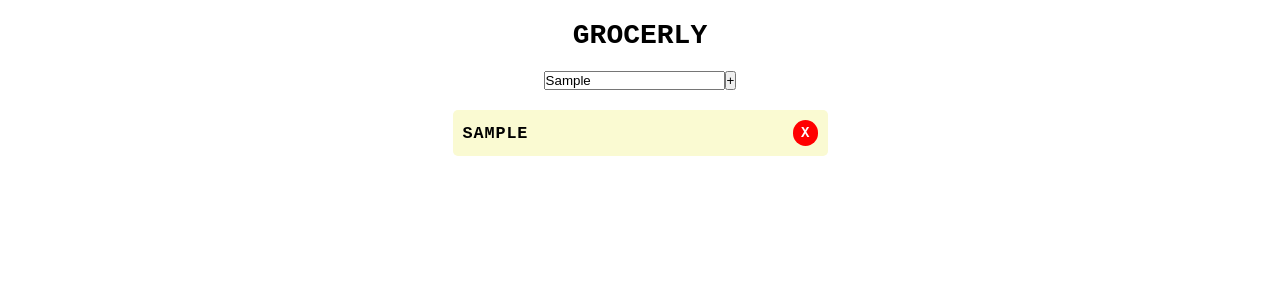
Repository: vikatgen/grocery-list
Page: index.html
An editor plug-in stored every save of this project. The page is shown before and after the next save, followed by the edit.
The browser window is 1280 px wide. The pictures show the whole page.
Empty fields were first filled with sample values (such as "Sample", 5 or name@example.com).
After loading, the first visible `#submit-button` was clicked once.

Above is the page before, as saved 2020-03-25 19:46:54.

After the next save:
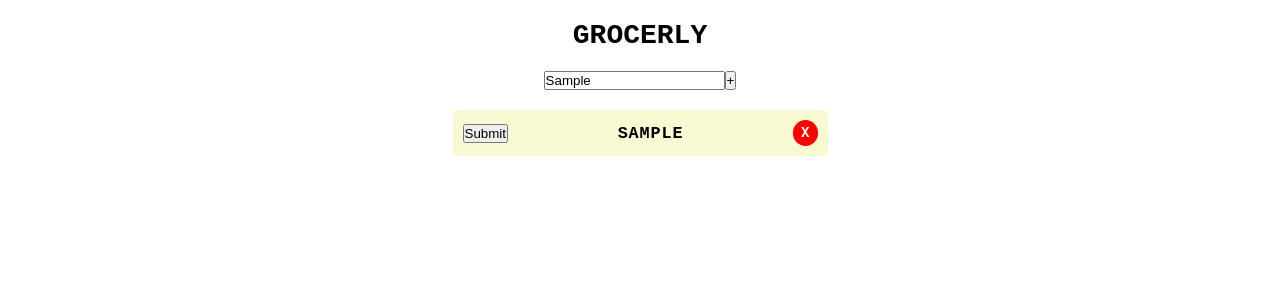
Saved 46 s later.
--- a/app.js
+++ b/app.js
@@ -6,6 +6,7 @@
   let rowDiv = document.createElement("div");
   rowDiv.classList.add("list-item");
   rowDiv.innerHTML = `
+        <input type="submit" id="in-basket" />
         <div class="grocery-name">${addGrocery.value}</div>
         <div class="remove-list-item">X</div>
     `;
